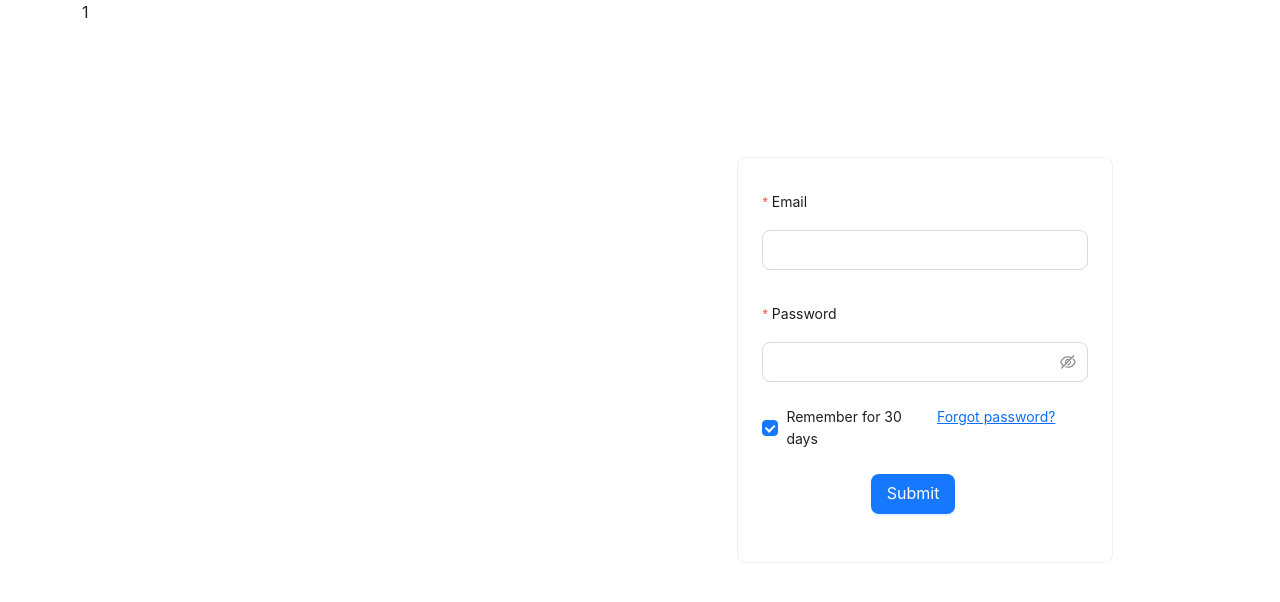
Repository: di-huynh-dev/kanban-inventory-management
Page: /
These files come from the project's save history. The page is drawn as it stood at one moment and after a run of saves; the edit follows.
The browser window is 1280 px wide. The pictures show the whole page.
The project was rebuilt for these pictures with package versions that can differ from the ones it lists, and the page was loaded fresh each time. Also part of the build but not shown: src/App.css, src/pages/auth/SignUp.tsx, src/routers/MainRouter.tsx.

Above is the page before, as saved 2024-09-07 11:59:06.

### public/index.html
<!DOCTYPE html>
<html lang="en">
  <head>
    <meta charset="utf-8" />
    <link rel="icon" href="%PUBLIC_URL%/favicon.ico" />
    <meta name="viewport" content="width=device-width, initial-scale=1" />
    <meta name="theme-color" content="#000000" />
    <meta
      name="description"
      content="Web site created using create-react-app"
    />
    <link rel="apple-touch-icon" href="%PUBLIC_URL%/logo192.png" />
    <link
      rel="stylesheet"
      href="https://cdn.jsdelivr.net/npm/bootstrap@5.3.2/dist/css/bootstrap.min.css"
      integrity="sha384-T3c6CoIi6uLrA9TneNEoa7RxnatzjcDSCmG1MXxSR1GAsXEV/Dwwykc2MPK8M2HN"
      crossorigin="anonymous"
    />
    <!--
      manifest.json provides metadata used when your web app is installed on a
      user's mobile device or desktop. See https://developers.google.com/web/fundamentals/web-app-manifest/
    -->
    <link rel="manifest" href="%PUBLIC_URL%/manifest.json" />
    <!--
      Notice the use of %PUBLIC_URL% in the tags above.
      It will be replaced with the URL of the `public` folder during the build.
      Only files inside the `public` folder can be referenced from the HTML.

      Unlike "/favicon.ico" or "favicon.ico", "%PUBLIC_URL%/favicon.ico" will
      work correctly both with client-side routing and a non-root public URL.
      Learn how to configure a non-root public URL by running `npm run build`.
    -->
    <title>React App</title>
  </head>
  <body>
    <noscript>You need to enable JavaScript to run this app.</noscript>
    <div id="root"></div>
    <!--
      This HTML file is a template.
      If you open it directly in the browser, you will see an empty page.

      You can add webfonts, meta tags, or analytics to this file.
      The build step will place the bundled scripts into the <body> tag.

      To begin the development, run `npm start` or `yarn start`.
      To create a production bundle, use `npm run build` or `yarn build`.
    -->
  </body>
</html>

### src/index.css
body {
  margin: 0;
  font-family: -apple-system, BlinkMacSystemFont, 'Segoe UI', 'Roboto', 'Oxygen', 'Ubuntu', 'Cantarell', 'Fira Sans',
    'Droid Sans', 'Helvetica Neue', sans-serif;
  -webkit-font-smoothing: antialiased;
  -moz-osx-font-smoothing: grayscale;
}

code {
  font-family: source-code-pro, Menlo, Monaco, Consolas, 'Courier New', monospace;
}

.content-center {
  height: 100vh;
  justify-content: center;
  align-items: center;
  display: flex;
}

### src/App.tsx
import './App.css'
import Routers from './routers/Routers'

function App() {
  return <Routers />
}

export default App

### src/routers/Routers.tsx
import AuthRouter from './AuthRouter'
import MainRouter from './MainRouter'

const Routers = () => {
  return 1 < 2 ? <AuthRouter></AuthRouter> : <MainRouter></MainRouter>
}

export default Routers

### src/routers/AuthRouter.tsx
import { createBrowserRouter, RouterProvider } from 'react-router-dom'
import { LoginPage, SignUpPage } from '../pages'

const authRouter = createBrowserRouter([
  {
    path: '/',
    element: <LoginPage></LoginPage>,
  },
  {
    path: '/sign-up',
    element: <SignUpPage></SignUpPage>,
  },
])
const AuthRouter = () => {
  return (
    <div className="container">
      <div className="row">
        <div className="col">1</div>
        <div className="col content-center">
          <RouterProvider router={authRouter} />
        </div>
      </div>
    </div>
  )
}

export default AuthRouter

### src/pages/index.ts
import LoginPage from './auth/Login'
import SignUpPage from './auth/SignUp'

export { LoginPage, SignUpPage }

### src/pages/auth/Login.tsx
import type { FormProps } from 'antd'
import { Button, Card, Checkbox, Form, Input } from 'antd'
import { Link } from 'react-router-dom'

type FieldType = {
  email?: string
  password?: string
  remember?: string
}

const LoginPage = () => {
  const onFinish: FormProps<FieldType>['onFinish'] = (values) => {
    console.log('Success:', values)
  }

  const onFinishFailed: FormProps<FieldType>['onFinishFailed'] = (errorInfo) => {
    console.log('Failed:', errorInfo)
  }
  return (
    <>
      <Card>
        <Form
          layout="vertical"
          initialValues={{ remember: true }}
          onFinish={onFinish}
          onFinishFailed={onFinishFailed}
          size="large"
        >
          <Form.Item<FieldType> label="Email" name="email" rules={[{ required: true, message: 'Enter your email' }]}>
            <Input />
          </Form.Item>

          <Form.Item<FieldType> label="Password" name="password" rules={[{ required: true, message: '**********' }]}>
            <Input.Password />
          </Form.Item>

          <div className="row">
            <div className="col">
              <Form.Item<FieldType> name="remember" valuePropName="checked">
                <Checkbox>Remember for 30 days</Checkbox>
              </Form.Item>
            </div>

            <div className="col text-right">
              <Link to={'/'}>Forgot password?</Link>
            </div>
          </div>

          <Form.Item wrapperCol={{ offset: 8, span: 16 }}>
            <Button type="primary" htmlType="submit">
              Submit
            </Button>
          </Form.Item>
        </Form>
      </Card>
    </>
  )
}

export default LoginPage

Loaded but not shown: src/index.tsx (common file); src/reportWebVitals.ts (common file)

After the next 2 saves:
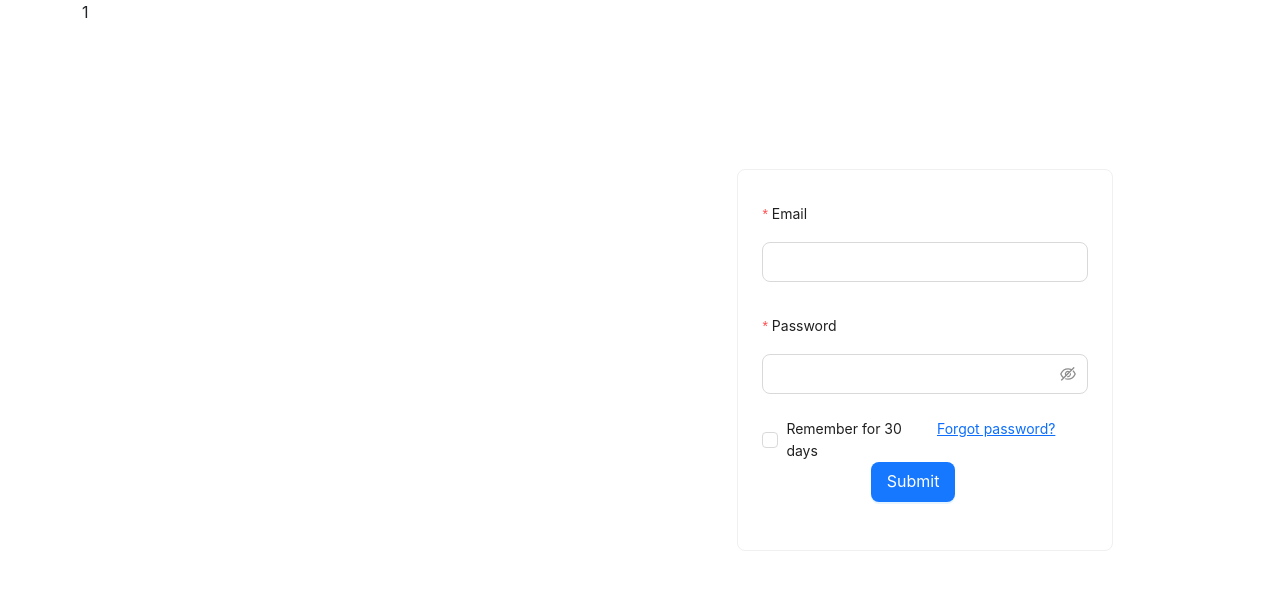
The 2 saves are shown as one change because 1 did not build or start.
The last was saved 103 s later.
--- a/src/pages/auth/Login.tsx
+++ b/src/pages/auth/Login.tsx
@@ -1,5 +1,6 @@
 import type { FormProps } from 'antd'
 import { Button, Card, Checkbox, Form, Input } from 'antd'
+import { useState } from 'react'
 import { Link } from 'react-router-dom'
 
 type FieldType = {
@@ -9,6 +10,9 @@ type FieldType = {
 }
 
 const LoginPage = () => {
+  const [isLoading, setIsLoading] = useState(false)
+  const [isRemember, setIsRemember] = useState(false)
+
   const onFinish: FormProps<FieldType>['onFinish'] = (values) => {
     console.log('Success:', values)
   }
@@ -24,6 +28,7 @@ const LoginPage = () => {
           initialValues={{ remember: true }}
           onFinish={onFinish}
           onFinishFailed={onFinishFailed}
+          disabled={isLoading}
           size="large"
         >
           <Form.Item<FieldType> label="Email" name="email" rules={[{ required: true, message: 'Enter your email' }]}>
@@ -36,11 +41,10 @@ const LoginPage = () => {
 
           <div className="row">
             <div className="col">
-              <Form.Item<FieldType> name="remember" valuePropName="checked">
-                <Checkbox>Remember for 30 days</Checkbox>
-              </Form.Item>
+              <Checkbox checked={isRemember} onChange={(val) => setIsRemember(val.target.checked)}>
+                Remember for 30 days
+              </Checkbox>
             </div>
-
             <div className="col text-right">
               <Link to={'/'}>Forgot password?</Link>
             </div>
